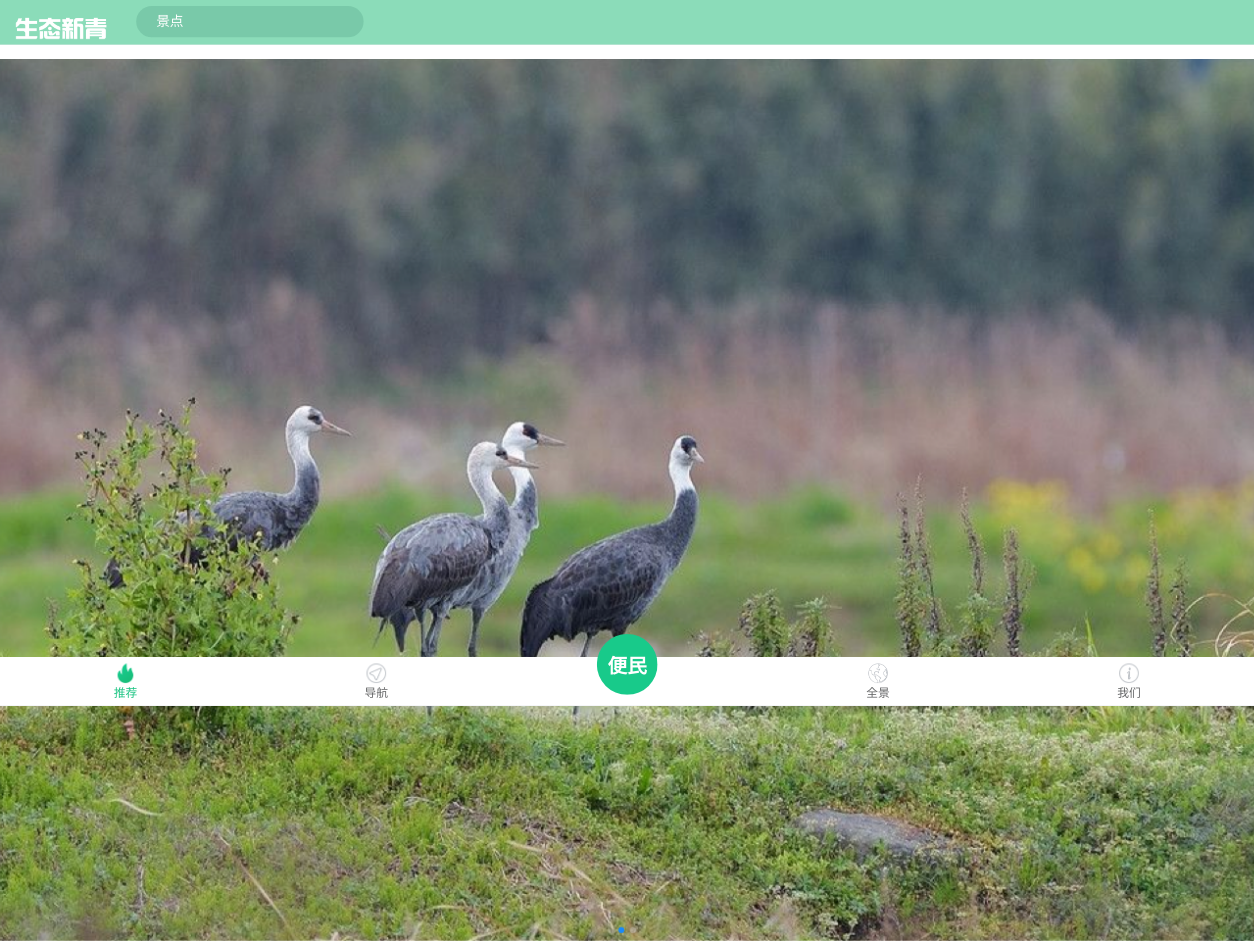
Repository: huye123/stcq
Page: /
The author's editor kept a copy of each file at every save. The page is drawn from the files as they stood at one save, then again after a run of saves.
The browser window is 1280 px wide. The pictures show the whole page, at 98% of full size.
The project was rebuilt for these pictures with package versions that can differ from the ones it lists, and the page was loaded fresh each time. Also part of the build but not shown: src/components/search.vue.

Above is the page before, as saved 2019-06-29 09:42:24.

### index.html
<!DOCTYPE html>
<html>
  <head>
    <meta charset="utf-8">
    <meta name="viewport" content="width=device-width,initial-scale=1.0">
    <title>stcqapp</title>
  </head>
  <body>
    <div id="app"></div>
    <!-- built files will be auto injected -->
  </body>
</html>

### src/main.js
// The Vue build version to load with the `import` command
// (runtime-only or standalone) has been set in webpack.base.conf with an alias.
import Vue from 'vue'
import App from './App'
import router from './router'
import Vant from 'vant';
import 'vant/lib/index.css';
Vue.use(Vant)

Vue.config.productionTip = false

// require('src\style\index.less')
/* eslint-disable no-new */
new Vue({
  el: '#app',
  router,
  components: { App },
  template: '<App/>'
})

### src/App.vue
<template>
  <div id="app">
     <router-view/>
  <van-tabbar v-model="active"  active-color="#19c381">
  <van-tabbar-item >
    <span>推荐</span>
    <img
      slot="icon"
      slot-scope="props"
      :src="props.active ? icon.active : icon.normal"
    >
  </van-tabbar-item>
  <van-tabbar-item >
    <span>导航</span>
    <img
      slot="icon"
      slot-scope="search"
      :src="search.active ? icon.active1 : icon.navigation"
    >
  </van-tabbar-item>
  <van-tabbar-item  class="bianmin">
    <span class="peopel">便民</span>
  </van-tabbar-item>
   <van-tabbar-item >
  </van-tabbar-item>
  <van-tabbar-item >
    <span>全景</span>
    <img
      slot="icon"
      slot-scope="panorama"
      :src="panorama.active ? icon.active3 : icon.panorama"
    >
  </van-tabbar-item>
  <van-tabbar-item >
    <span>我们</span>
    <img
      slot="icon"
      slot-scope="user"
      :src="user.active ? icon.active4 : icon.user"
    >
  </van-tabbar-item>
  <!-- <van-tabbar-item icon="search">标签</van-tabbar-item>
  <van-tabbar-item icon="setting-o">标签</van-tabbar-item>
  <van-tabbar-item icon="search">标签</van-tabbar-item> -->
</van-tabbar>
  </div>
</template>

<script>
export default {
  name: 'App',
  data() {
    return {
      active: 0,
      icon: {
        normal: 'static/image/tuijian-n.png',
        active: 'static/image/tuijian-s.png',
        navigation: 'static/image/daolan-n.png',
        active1: 'static/image/daolan-s.png',
        panorama: 'static/image/quanjing-n.png',
        active3: 'static/image/bianmin-s.png',
        user: 'static/image/women-n.png',
        active4: 'static/image/women-s.png'
      },
      //  iconNav: {
      //   normal: 'static/image/daolan-n.png',
      //   active: 'static/image/daolan-s.png'
      // }
    }
  },
}
</script>

<style>
#app {
  font-family: 'Avenir', Helvetica, Arial, sans-serif;
  -webkit-font-smoothing: antialiased;
  -moz-osx-font-smoothing: grayscale;
  text-align: center;
  color: #2c3e50;
  margin-top: 60px;
}
.bianmin{
    background: #18ca8a;
    border-radius: 50%;
    /* width: 100%; */
    height: 62px;
    width: 62px;
    position: absolute;
    top: -47%;
    left: calc(50% - 31px);
    z-index: 2;

}.peopel{
  font-size: 20px;
  font-weight: bold;
  color: #fff;
}
</style>

### src/router/index.js
import Vue from 'vue'
import Router from 'vue-router'
import HelloWorld from '@/components/HelloWorld'
import Search from '@/components/search'

Vue.use(Router)

export default new Router({
  routes: [
    {
      path: '/',
      name: 'HelloWorld',
      component: HelloWorld
    },
    {
      path: '@/components/search',
      name: 'search',
      meta: {
       title: '搜索',
      },
     }

  ]
})

### src/components/HelloWorld.vue
<template>
  <div class="hello">
    <van-nav-bar fixed class="index">
      <div slot="left">
        <!-- <span class="title">生态新青</span> -->
        <van-col span="6" class="logo">
          <img src="../../static/image/logo.png" alt="">
        </van-col>
        <router-link :to="{ name: '搜索'}">
          <van-col span="15" class="indexBtn" :offset="2">
            <button>景点</button>
          </van-col>
        </router-link>
      </div>
  <!-- <van-icon name="search" slot="right" /> -->
</van-nav-bar>
<!-- 轮播 -->
<van-swipe @change="onChange" class="banner">
  <van-swipe-item><img :src="banner.imgFirst"></van-swipe-item>
  <van-swipe-item><img :src="banner.imgSecond"></van-swipe-item>
  <!-- <van-swipe-item><img :src="banner.imgThird"></van-swipe-item>
  <van-swipe-item><img :src="banner.imgFourth"></van-swipe-item> -->

  <!-- <div class="custom-indicator" slot="indicator">
    {{ current + 1 }}/4
  </div> -->
</van-swipe>
  </div>
</template>

<script>
export default {
  name: 'HelloWorld',
  data () {
    return {
       current: 0,
       banner:{
         imgFirst:'../static/image/banner.png',
         imgSecond:'../static/image/jingqubg.png',

       }

    }
  },
    methods: {
    onChange(index) {
      this.current = index;
    }
  }
}
</script>

<!-- Add "scoped" attribute to limit CSS to this component only -->

<style scoped>
 .index{
   background-color: rgba(25, 186, 117, 0.5);
   /* opacity: 0.5; */

 }
  .logo img{
     width: 100%;
      display: block;
      margin-top: 12px;

   }
   .indexBtn button{
     background-color:  rgba(105, 184, 153, 0.5);
     border: 0px;
     width: 100%;
     border-radius: 25px;
     line-height: 30px;
     color: #fff;
     text-align: left;
     padding-left: 20px;
   }
.banner img{

}
</style>

After the next 4 saves:
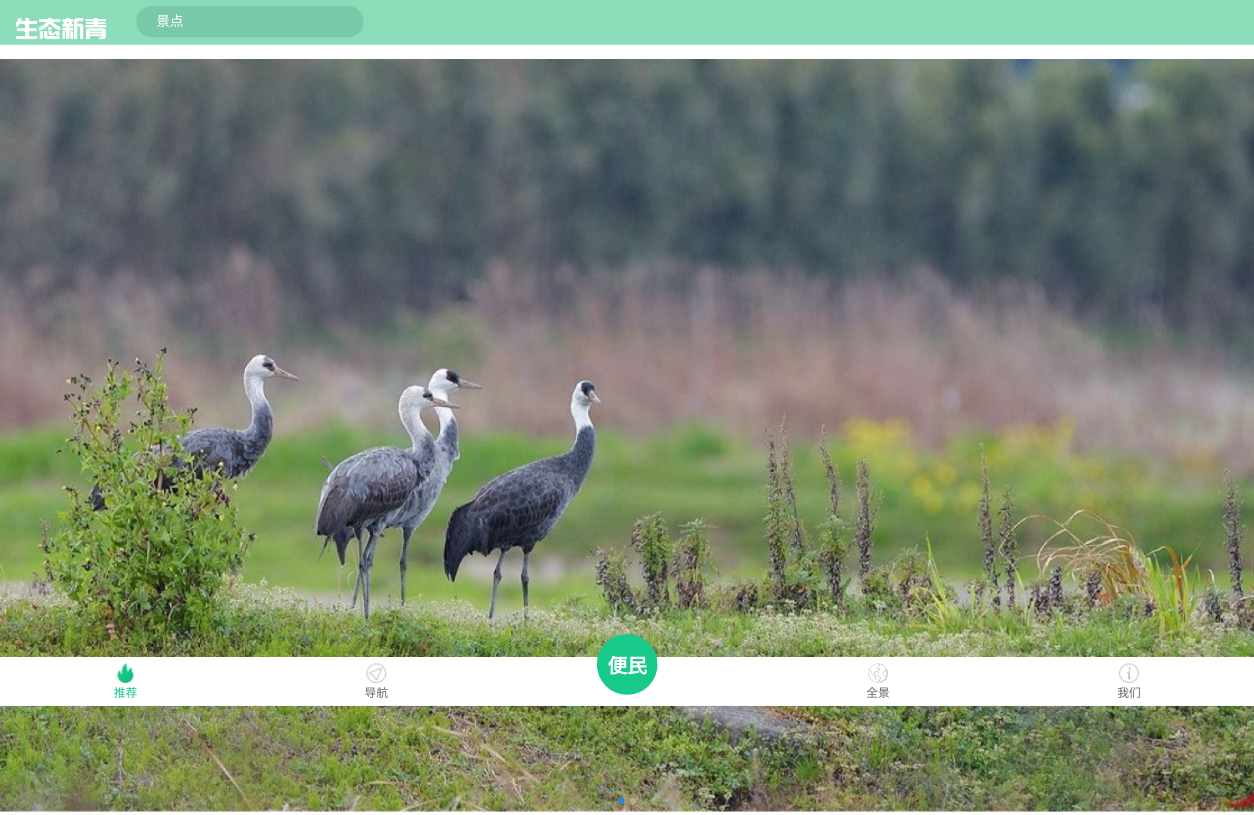
The 4 saves are shown as one change because they came seconds apart.
The last was saved 11 s later.
--- a/src/components/HelloWorld.vue
+++ b/src/components/HelloWorld.vue
@@ -74,7 +74,7 @@ export default {
      text-align: left;
      padding-left: 20px;
    }
-.banner img{
-
-}
+  .banner img{
+  width: 100%;
+  }
 </style>
